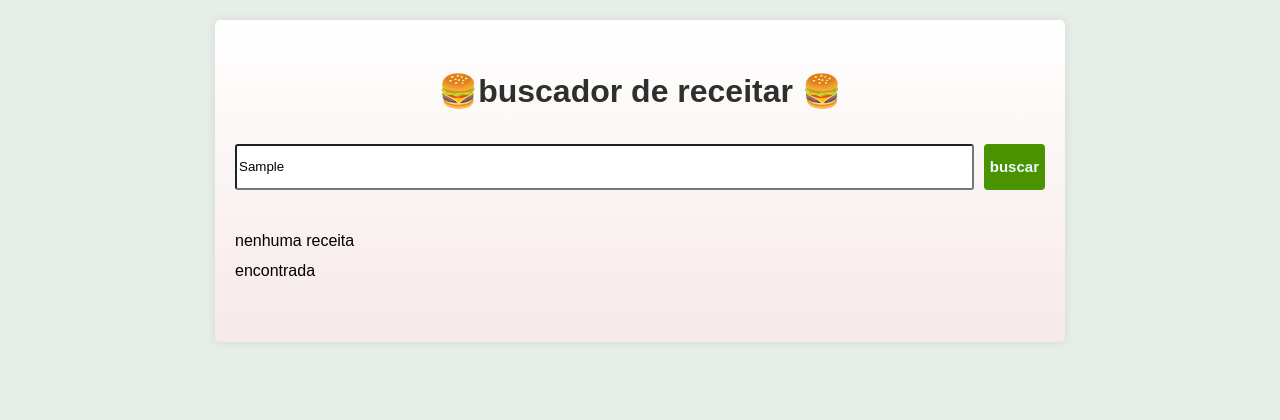
Repository: RoneT9/Receitas
Page: receita.html
The author's editor kept a copy of each file at every save. The page is drawn from the files as they stood at one save, then again after the next save.
The browser window is 1280 px wide. The pictures show the whole page.
Empty fields were first filled with sample values (such as "Sample", 5 or name@example.com).
After loading, the first visible `form.search-form` was submitted once.
The page's requests for data from a server got no answer.

Above is the page before, as saved 2026-02-21 20:28:27.

### receita.html
<!doctype html>
<html lang="en">
  <head>
    <meta charset="UTF-8" />
    <meta name="viewport" content="width=device-width, initial-scale=1.0" />
    <link rel="stylesheet" href="receita.css" />
    <title>Document</title>
  </head>
  <body>
    <main class="container">
      <h1>buscador de receitar</h1>
      <form class="search-form">
        <input type="text" placeholder="digite o ingrediente" class="seach-ipunt" />
        <button class="btn" type="submit">buscar</button>
      </form>
      <div class="loading"></div>
      <div class="recipe-list"></div>
      <div class="recipe-details"></div>
    </main>
  </body>
  <script src="receita.js"></script>
</html>

### receita.css
body {
  margin: 0;
  padding: 20px;
  line-height: 1.9;
  font-family: sans-serif;
  background-color: rgb(231, 238, 231);
}

.container {
  width: 810px;
  background: linear-gradient(to top, rgb(247, 233, 233), white);
  margin: 0 auto;
  padding: 20px;
  box-shadow: 0 0 10px rgba(0, 0, 0, 0.1);
  border-radius: 5px;
}

h1 {
  color: rgb(47, 47, 45);
  text-align: center;
}

.search-form {
  display: flex;
  gap: 10px;
  margin-bottom: 20px;
}

.seach-ipunt {
  flex: 1;
  height: 28px;
  outline: none;
  border-radius: 3px;
  height: 40px;
}

.seach-ipunt:focus {
  background-color: rgb(221, 219, 217);
}

.btn {
  padding: 10px 20;
  background-color: rgb(73, 146, 0);
  cursor: pointer;
  border-radius: 4px;
  border: none;
  color: aliceblue;
  font-weight: 600;
  font-size: 15px;
  transition: 0.5s ease-out;
}

.btn:hover {
  background-color: rgb(94, 173, 14);
}

.btn:active {
  transform: scaleX(1.2);
}

h1::before {
  content: "🍔";
  color: brown;
}

h1::after {
  content: " 🍔";
  color: brown;
  object-fit: fill;
}

.recipe-card {
  border: 1px solid #decfcf;
  border-radius: 5px;
  text-align: center;
  cursor: pointer;
  transition: 0.05s;
  width: 400px;
}

.recipe-card img {
  margin: 30px;
  height: 200px;
  width: 250px;
  object-fit: cover;
  border-radius: 5px;
  box-shadow: 0 0 10px rgba(01, 10, 0, 0.1);
  transition: 02s;
}

img:hover {
  transform: scaleX(1.1);
  transform: scaleY(1.1);
}

.recipe-list {
  display: grid;
  grid-template-columns: repeat(auto-fill, minmax(200px, 1fr));
  gap: 3px;
}

.recipe-details {
  margin-top: 20px;
}

.recipe-details img {
  /* width: 100%; */
  max-width: 400px;
  height: 450px;
  object-fit: cover;
  border-radius: 5px;
  box-shadow: 2px 2px 10px 2px;
}

### receita.js
//ALGORITMOS

//Saber quando o usuario clicou na receita
//Busca informaçães da receita individual na API
//Colocar a receita individualna tela

//Pegar a informação do input , quando o botão for clicado
const input = document.querySelector(".seach-ipunt");
const form = document.querySelector(".search-form");
const recipelist = document.querySelector(".recipe-list");
const recipeDetails = document.querySelector(".recipe-details");

form.addEventListener("submit", (e) => {
  e.preventDefault();
  const inputValue = e.target[0].value;
  seachRecipes(inputValue);
});

//Ir ate a API , trazer as receitas
async function seachRecipes(ingredient) {
  try {
    const response = await fetch(`https://www.themealdb.com/api/json/v1/1/filter.php?i=${ingredient}`);
    const data = await response.json();
    showRecipe(data.meals);
  } catch (error) {
    recipelist.innerHTML = `<p>nenhuma receita encontrada</p>`;
  }
}

//Colocar as receitas na tela
function showRecipe(recipes) {
  recipelist.innerHTML = recipes
    .map(
      (item) =>
        `
    <div class ="recipe-card"onclick ="getRecipeDatails(${item.idMeal})">
    <img src = "${item.strMealThumb}" alt = "recipe-photo">
    <h3>${item.strMeal}</h3>
    </div>
    <br/>
    `,
    )
    .join("");
}
//saber quando o usuario clicou na receita
async function getRecipeDatails(id) {
  const response = await fetch(`https://www.themealdb.com/api/json/v1/1/lookup.php?i=${id}`);
  const data = await response.json();
  const recipe = data.meals[0];

  let ingredients = "";

  for (let i = 1; i <= 20; i++) {
    if (recipe[`strIngredient${i}`]) {
      ingredients += `<li>${recipe[`strIngredient${i}`]} - ${recipe[`strMeasure${i}`]}</li>`;
    } else {
      break;
    }
  }

  recipeDetails.innerHTML = `
  <h2>${recipe.strMeal}</h2>
  <img src="${recipe.strMealThumb}" alt=${recipe.strMeal}">
  <h3>Categoria: ${recipe.strCategory}</h3>
  <h3>Origem: ${recipe.strArea}</h3>
  <h3>ingredientes</h3>
  <ul>${ingredients} </ul>
  <h3>instruçães</h3>
  <p>${recipe.strInstructions}</p>
  <p>video: <a href="${recipe.strYoutube}"target="_blank">Assistar no Yobube<p/>`;
}

After the next save:
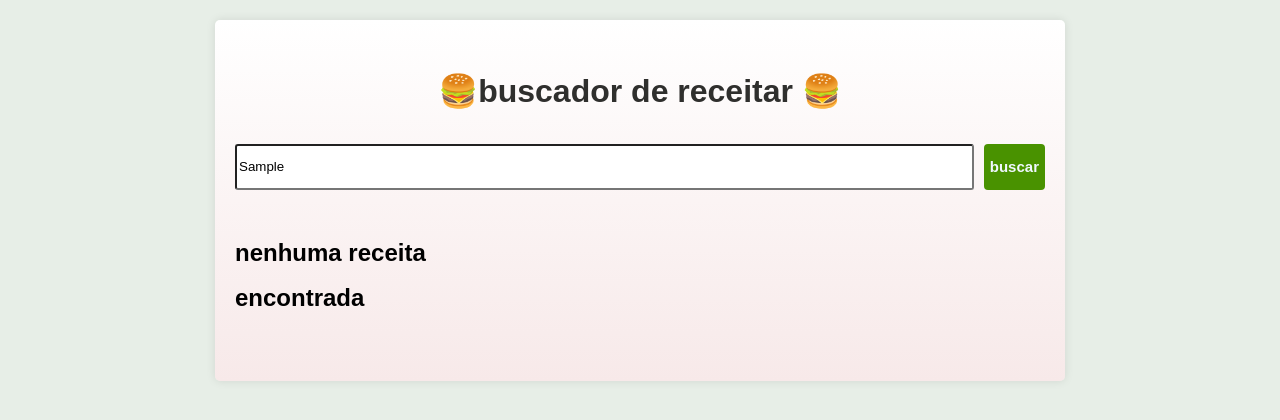
Saved 36 s later.
--- a/receita.js
+++ b/receita.js
@@ -23,7 +23,7 @@ async function seachRecipes(ingredient) {
     const data = await response.json();
     showRecipe(data.meals);
   } catch (error) {
-    recipelist.innerHTML = `<p>nenhuma receita encontrada</p>`;
+    recipelist.innerHTML = `<h2>nenhuma receita encontrada</h2>`;
   }
 }
 
